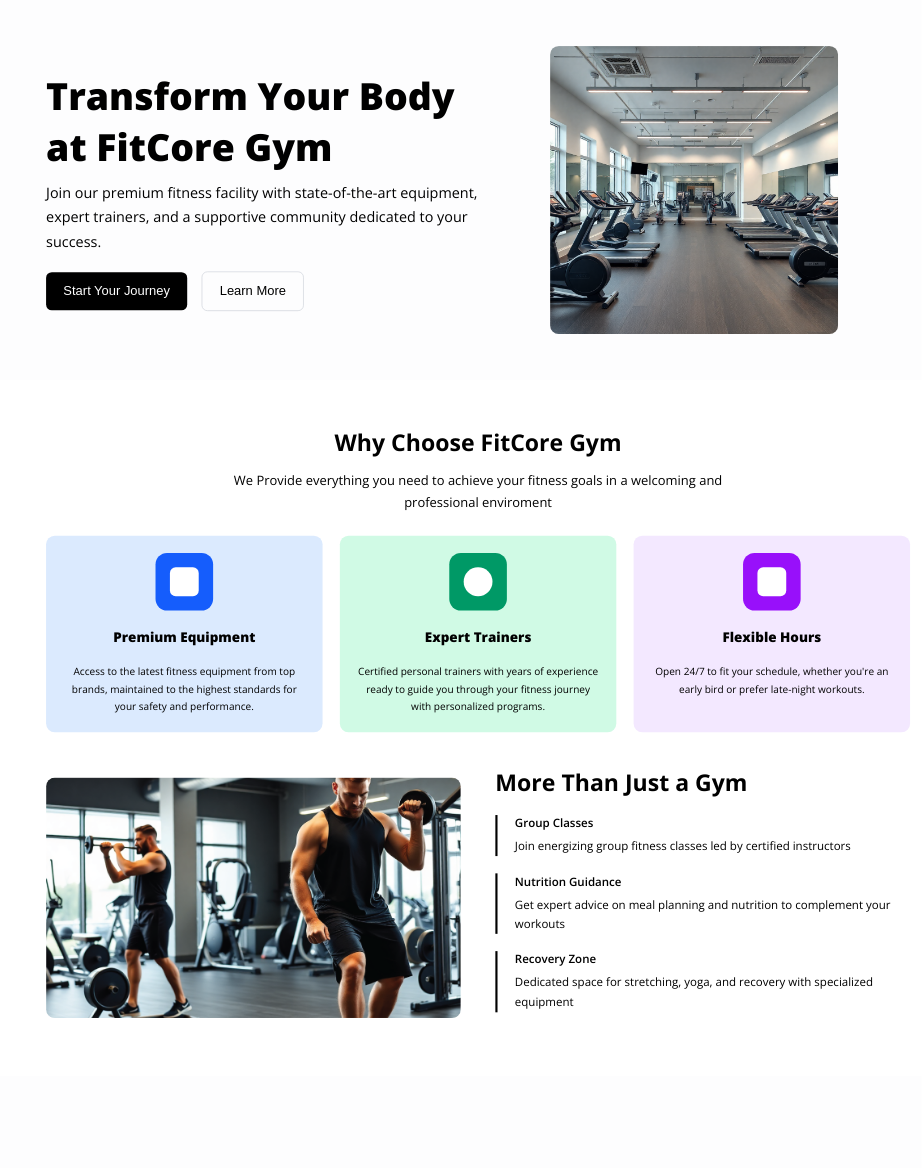
Repository: abdobadawi-ops/Route-Academy-Assignments
Page: Secon Assignment - fit-core-gym/index.html
These files come from the project's save history. The page is drawn as it stood at one moment and after the next save; the edit follows.
The browser window is 1280 px wide. The pictures show the whole page, at 72% of full size.

Above is the page before, as saved 2026-04-28 13:26:06.

After the next save:
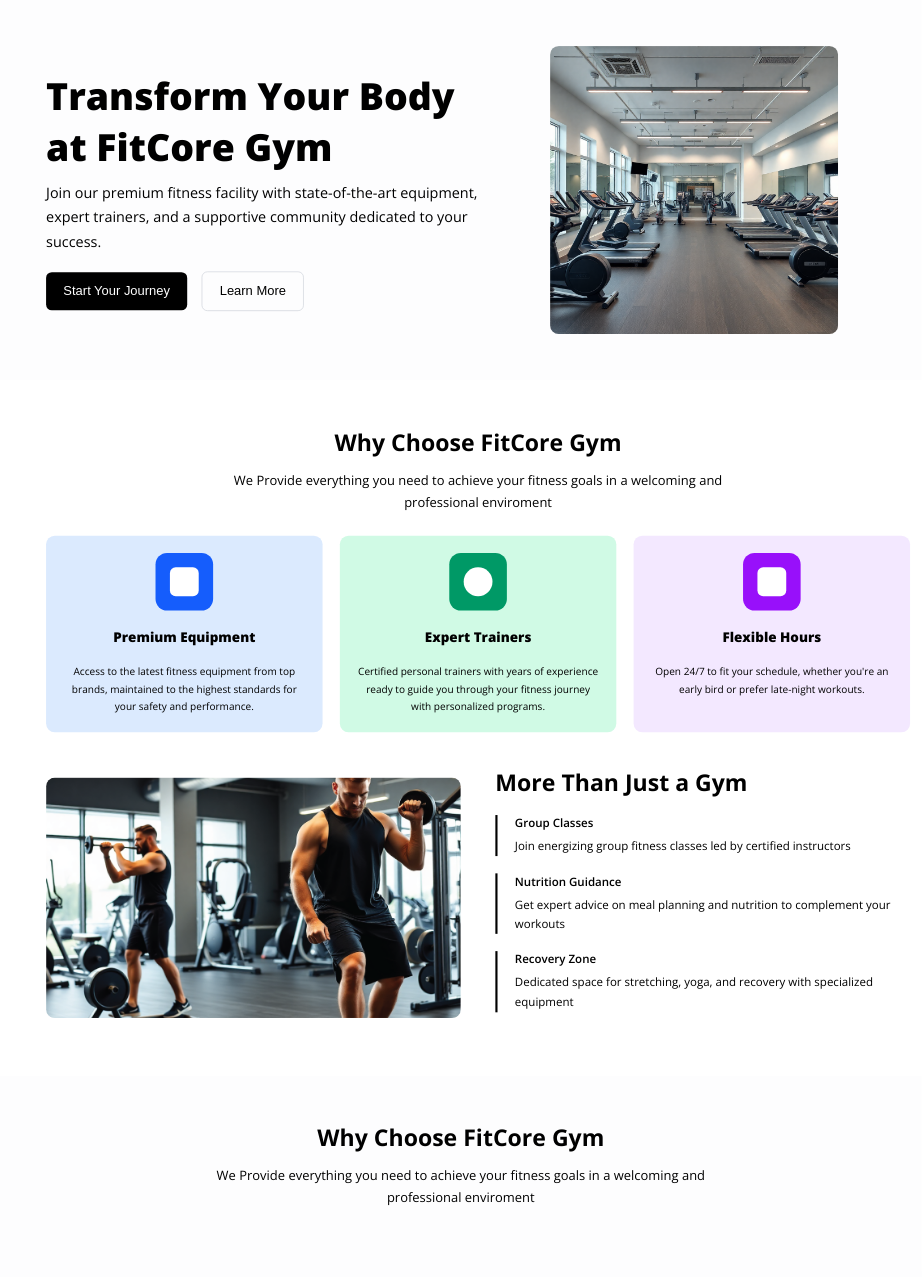
Saved 30 s later.
--- a/Secon Assignment - fit-core-gym/index.html
+++ b/Secon Assignment - fit-core-gym/index.html
@@ -112,6 +112,14 @@
       </div>
     </section>
 
-    <section class="special-bg"></section>
+    <section class="special-bg">
+      <div class="section-heading">
+        <h2>Why Choose FitCore Gym</h2>
+        <p>
+          We Provide everything you need to achieve your fitness goals in a
+          welcoming and professional enviroment
+        </p>
+      </div>
+    </section>
   </body>
 </html>
